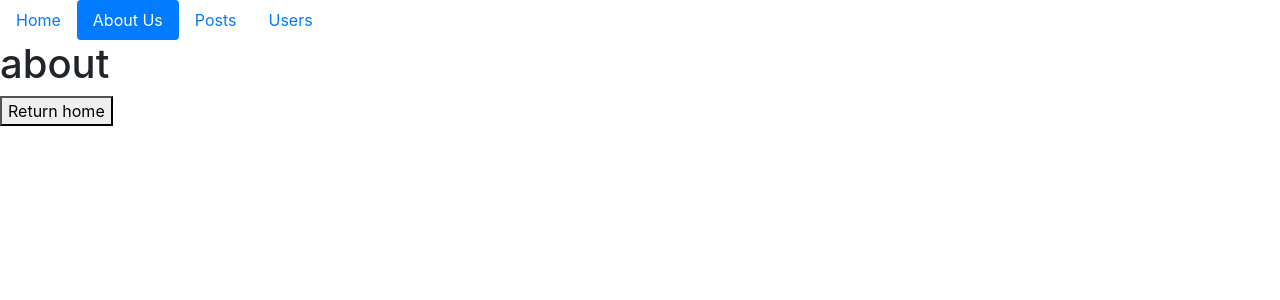
Repository: toufik17/vuejs
Page: /about
These files come from the project's save history. The page is drawn as it stood at one moment and after the next save; the edit follows.
The browser window is 1280 px wide. The pictures show the whole page.
The project was rebuilt for these pictures with package versions that can differ from the ones it lists, and the page was loaded fresh each time. Also part of the build but not shown: src/components/Home.vue, src/components/Post.vue, src/components/Posts.vue, src/components/Users.vue, src/components/users/UsersHome.vue, src/components/users/UsersViewHome.vue, src/components/NotFount.vue.

Above is the page before, as saved 2019-03-06 12:23:34.

### public/index.html
<!DOCTYPE html>
<html lang="en">
  <head>
    <meta charset="utf-8">
    <meta http-equiv="X-UA-Compatible" content="IE=edge">
    <meta name="viewport" content="width=device-width,initial-scale=1.0">
    <link rel="icon" href="<%= BASE_URL %>favicon.ico">
    <link rel="stylesheet" href="https://stackpath.bootstrapcdn.com/bootstrap/4.1.2/css/bootstrap.min.css" integrity="sha384-Smlep5jCw/wG7hdkwQ/Z5nLIefveQRIY9nfy6xoR1uRYBtpZgI6339F5dgvm/e9B" crossorigin="anonymous">
    <title>demo</title>
  </head>
  <body>
    <noscript>
      <strong>We're sorry but demo doesn't work properly without JavaScript enabled. Please enable it to continue.</strong>
    </noscript>
    <div id="app"></div>
    <!-- built files will be auto injected -->
  </body>
</html>

### src/main.js
import Vue from 'vue'
import App from './App.vue'
import VueRouter from 'vue-router'

import routes from './routes'

Vue.use(VueRouter);
const router = new VueRouter({
  mode: "history",
  routes : routes
})

Vue.config.productionTip = false

new Vue({
  render: h => h(App),
  router
}).$mount('#app')

### src/App.vue
<template>
  <div id="app">
    <NavBar />
    <router-view></router-view>
  </div>
</template>

<script>

import NavBar from "./components/NavBar"
export default {
  name: 'app',
  components: {
    NavBar
  }
}
</script>

<style>

</style>

### src/routes.js
import Home from './components/Home'
import About from './components/About'
import Post from './components/Post'
import Posts from './components/Posts'
import Users from './components/Users'
import UsersHome from './components/users/UsersHome'
import UsersViewHome from './components/users/UsersViewHome'
import NotFount from './components/NotFount'

const routes = [
    {path: "/", component: Home, name: "home"},
    {path: "/about", component: About, beforeEnter:(to, from, next)=>{
            next();
        }
    },
    {path: "/posts", component: Posts},
    {path: "/posts/:id", component: Post, props: true, name: "signle-post"},
    {path: "/users", component: Users, children: [
        {path: "", component: UsersHome},
        {path: ":id", component: UsersViewHome, props: true},
    ]},
    {path: "*", component: NotFount},
];

export default routes;

### src/components/NavBar.vue
<template>
    <ul class="nav nav-pills">
      <li class="nav-item">
        <router-link :to="{name: 'home'}" class="nav-link" active-class="active" exact href="#">
          Home
        </router-link>
      </li>
      <li class="nav-item">
        <router-link to="/about" class="nav-link" active-class="active" href="#">
          About Us
        </router-link>
      </li>
      <li class="nav-item">
        <router-link to="/posts" class="nav-link" active-class="active" href="#">
          Posts
        </router-link>
      </li>
      <li class="nav-item">
        <router-link to="/users" class="nav-link" active-class="active" href="#">
          Users
        </router-link>
      </li>
    </ul>
</template>

### src/components/About.vue
<template>
    <div>
        <h1>about</h1>
        <button @click="home"> Return home</button>
    </div>
</template>

<script>
export default {
    methods:{
        home: function(){
            const self = this;
            setTimeout(function(){
                self.$router.push("/");
            }, 1000);
        }
    },
    beforeRouteEntrer(to, from, next){
        console.log('insid')
    }
}
</script>

After the next save:
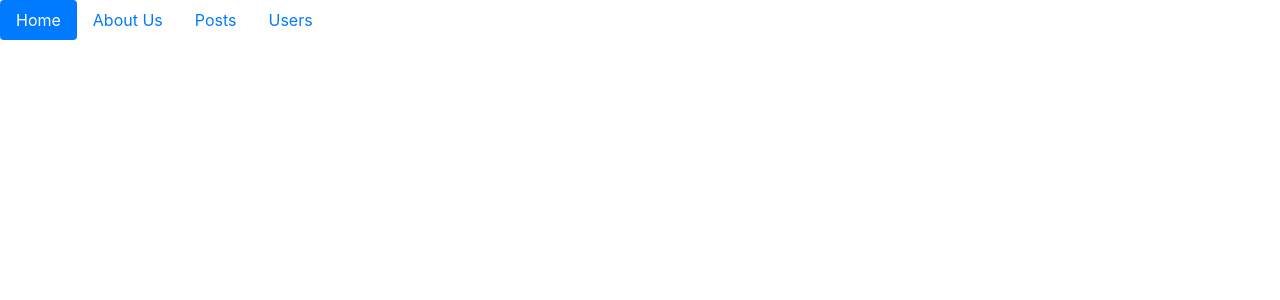
Saved 13 s later.
--- a/src/components/About.vue
+++ b/src/components/About.vue
@@ -15,7 +15,7 @@
             }, 1000);
         }
     },
-    beforeRouteEntrer(to, from, next){
+    beforeRouteEnter(to, from, next){
         console.log('insid')
     }
 }

After the 5 saves that followed:
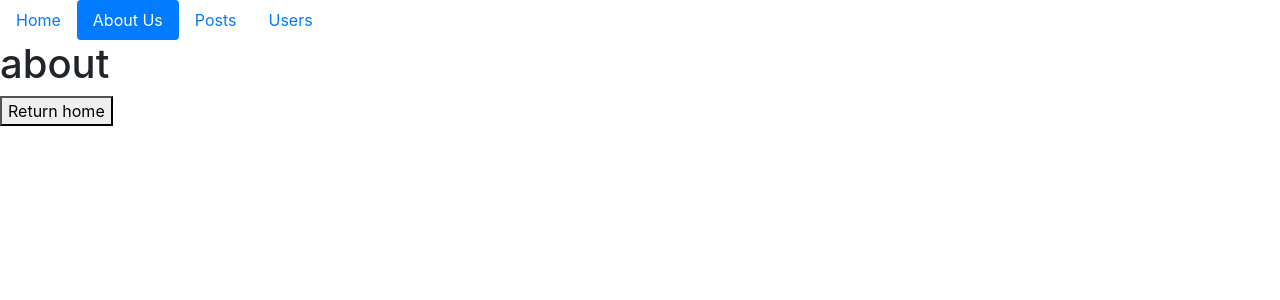
The 5 saves are shown as one change because 2 left the picture as it was and some came seconds apart.
The last was saved 41 s later.
--- a/src/components/About.vue
+++ b/src/components/About.vue
@@ -16,7 +16,8 @@
         }
     },
     beforeRouteEnter(to, from, next){
-        console.log('insid')
+        console.log('beforeRouteEnter inside')
+        next();
     }
 }
 </script>
